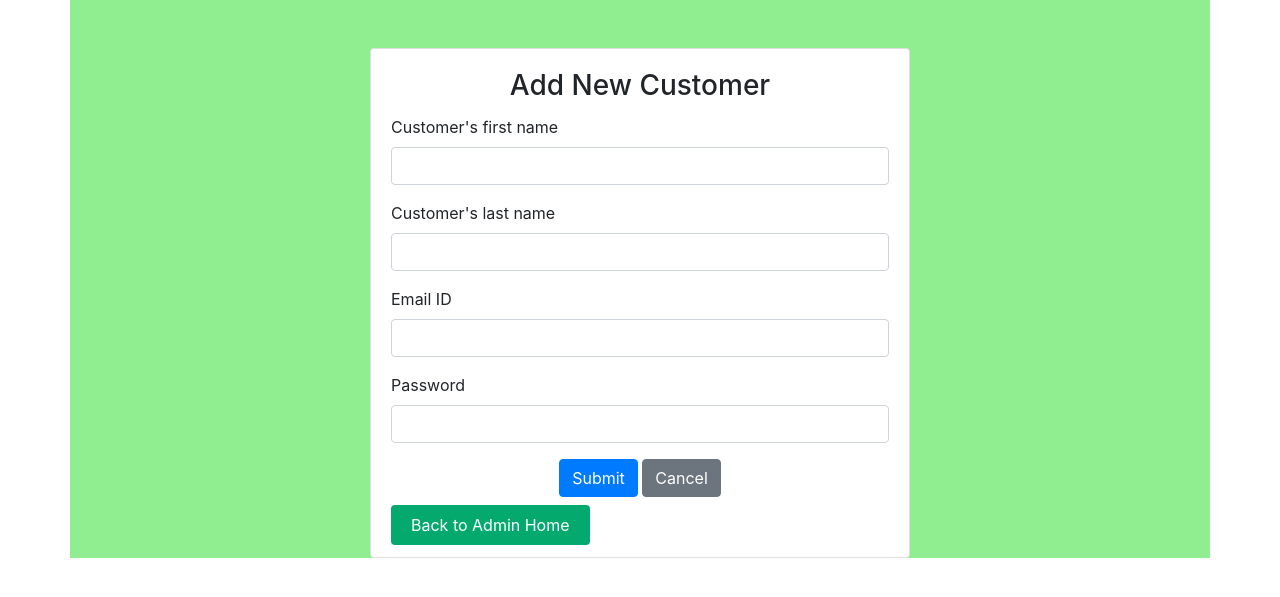
Repository: SuyashAwasthy/Javaee
Page: http://localhost/13-bank-application-mvc/addCustomer.jsp
These files come from the project's save history. The page is drawn as it stood at one moment and after the next save; the edit follows.
The browser window is 1280 px wide. The pictures show the whole page.
Some web libraries are served in a nearby version. The page is served by Tomcat 9. Other server files are loaded and not shown.

Above is the page before, as saved 2024-07-22 10:55:00.

### 13-bank-application-mvc/WebContent/addCustomer.jsp
<%@ page language="java" contentType="text/html; charset=UTF-8"
	pageEncoding="UTF-8"%>
<!DOCTYPE html>
<html lang="en">
<head>
<meta charset="UTF-8">
<meta name="viewport" content="width=device-width, initial-scale=1.0">
<title>Add New Customer</title>
<link rel="stylesheet" href="css/styles.css">
<link rel="stylesheet"
	href="https://maxcdn.bootstrapcdn.com/bootstrap/4.0.0/css/bootstrap.min.css">
<link rel="stylesheet" href="css/navbar.css">
</head>
<body>
	<div class="container">
		<div class="row justify-content-center">
			<div class="col-md-6">
				<div class="card mt-5">
					<div class="card-body">
						<h3 class="card-title text-center">Add New Customer</h3>
						<form action="admin" method="get">
							<input type="hidden" name="command" value="add_customer">
							<div class="form-group">
								<label for="firstName">Customer's first name</label> <input
									type="text" class="form-control" id="firstName"
									name="firstName" required>
							</div>
							<div class="form-group">
								<label for="lastName">Customer's last name</label> <input
									type="text" class="form-control" id="lastName" name="lastName"
									required>
							</div>
							<div class="form-group">
								<label for="email">Email ID</label> <input type="email"
									class="form-control" id="email" name="email" required>
							</div>
							<div class="form-group">
								<label for="password">Password</label> <input type="password"
									class="form-control" id="password" name="password" required>
							</div>
							<div class="form-group text-center">
								<button type="submit" class="btn btn-primary">Submit</button>
								<button type="reset" class="btn btn-secondary">Cancel</button>
							</div>


							<a href="adminHome.jsp" class="button">Back to Admin Home</a>

						</form>
					</div>
				</div>
			</div>
		</div>
	</div>
	<script src="https://code.jquery.com/jquery-3.2.1.slim.min.js"></script>
	<script
		src="https://cdnjs.cloudflare.com/ajax/libs/popper.js/1.11.0/umd/popper.min.js"></script>
	<script
		src="https://maxcdn.bootstrapcdn.com/bootstrap/4.0.0/js/bootstrap.min.js"></script>
</body>
</html>

### 13-bank-application-mvc/WebContent/css/styles.css
.container {
    background-color: #90EE90;
}

.button {
	margin-top: 10px;
  	padding: 10px 20px;
    background-color: #04AA6D;
    color: white;
    border: none;
    border-radius: 4px;
    font-size: 16px;
    cursor: pointer;
    transition: background-color 0.3s ease;

}

.button:hover {
    background-color: #45a049;
}

.date-form {
    margin-bottom: 20px;
    justify-content: center;
    align-items: center;
    display: flex;
}

.date-form label {
    margin-right: 10px;
    font-weight: bold;
    color: #333;
}

.date-form input[type="date"] {
    margin-right: 10px;
    padding: 5px;
    border-radius: 4px;
    border: 1px solid #ccc;
}

.date-form .btn {
    padding: 10px 20px;
    background-color: #04AA6D;
    color: white;
    border: none;
    border-radius: 4px;
    font-size: 16px;
    cursor: pointer;
    transition: background-color 0.3s ease;
}

.date-form .btn:hover {
    background-color: #45a049;
}

.search-form {
    margin-bottom: 20px;
    display: flex;
    justify-content: center;
    align-items: center;
}

.search-form label {
    margin-right: 10px;
    font-weight: bold;
    color: #333;
}

.search-form select,
.search-form input[type="text"] {
    margin-right: 10px;
    padding: 5px;
    border-radius: 4px;
    border: 1px solid #ccc;
    font-size: 14px;
    width: 200px;
}

.search-form .btn {
    padding: 10px 20px;
    background-color: #04AA6D;
    color: white;
    border: none;
    border-radius: 4px;
    font-size: 16px;
    cursor: pointer;
    transition: background-color 0.3s ease;
}

.search-form .btn:hover {
    background-color: #45a049;
}

### 13-bank-application-mvc/WebContent/css/navbar.css
.navbar {
    background-color: #333;
    overflow: hidden;
}

.navbar a {
    float: left;
    display: block;
    color: green;
    text-align: center;
    padding: 14px 16px;
    text-decoration: none;
}

.navbar a:hover {
    background-color: #ddd;
    color: black;
}

@media (max-width: 768px) {
    .card {
        width: calc(50% - 40px);
    }
}

@media (max-width: 480px) {
    .card {
        width: calc(100% - 40px);
    }

    h1 {
        font-size: 24px;
    }
}

After the next save:
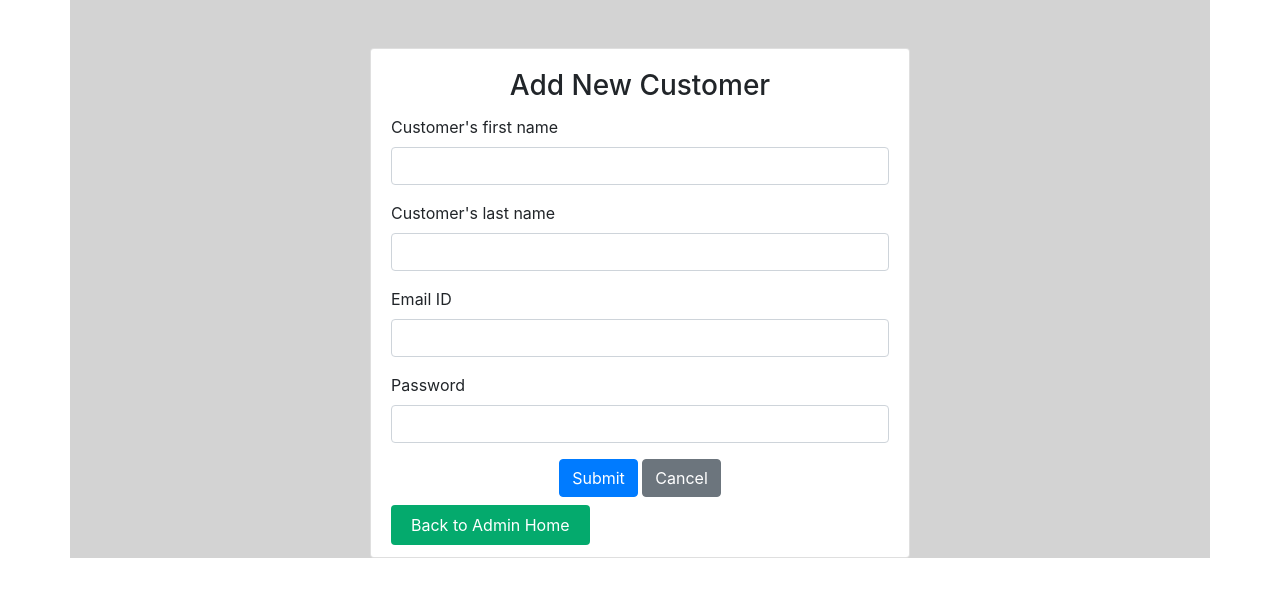
Saved 2 min 19 s later.
--- a/13-bank-application-mvc/WebContent/css/styles.css
+++ b/13-bank-application-mvc/WebContent/css/styles.css
@@ -1,5 +1,5 @@
 .container {
-    background-color: #90EE90;
+    background-color: #D3D3D3;
 }
 
 .button {
